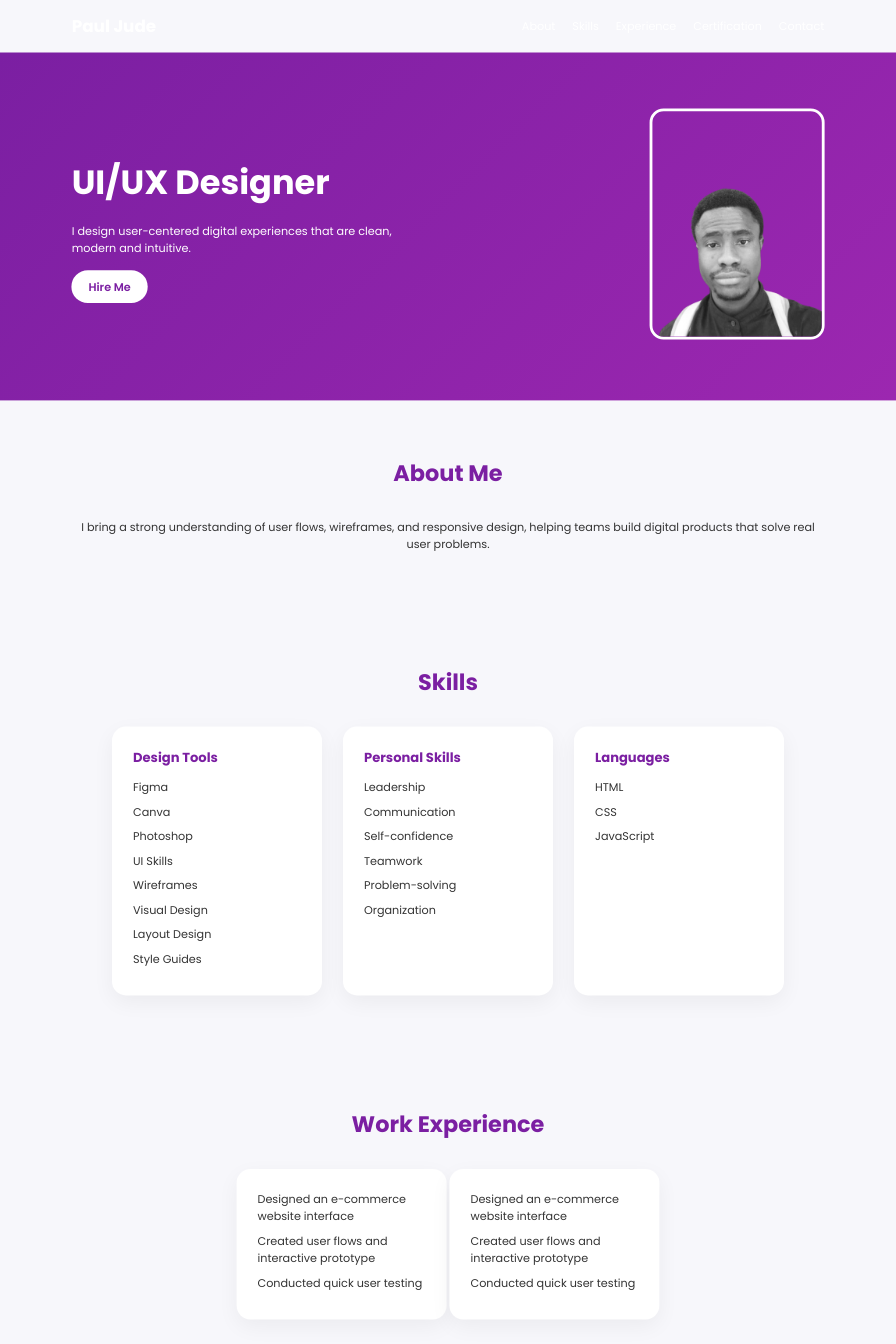
Repository: Paulo-930/UI-UX-Portfolio
Page: index.html
An editor plug-in stored every save of this project. The page is shown before and after the next save, followed by the edit.
The browser window is 1280 px wide. The pictures show the part of the page from y = 0 to 1920 px (the page is 2661 px tall), at 70% of full size.

Above is the page before, as saved 2026-02-23 11:18:05.

### index.html
<!DOCTYPE html>
<html lang="en">
<head>
  <meta charset="UTF-8" />
  <meta name="viewport" content="width=device-width, initial-scale=1.0" />
  <title>Paul Jude | UI/UX Designer</title>
  <link rel="stylesheet" href="style.css" />
  <link href="https://fonts.googleapis.com/css2?family=Poppins:wght@300;400;600;700&display=swap" rel="stylesheet">
</head>
<body>

  <!-- HEADER -->
  <header class="navbar">
    <h2 class="logo">Paul Jude</h2>
    <nav>
      <a href="#about">About</a>
      <a href="#skills">Skills</a>
      <a href="#experience">Experience</a>
      <a href="#certification">Certification</a>
      <a href="#contact">Contact</a>
    </nav>
  </header>

  <!-- HERO SECTION -->
  <section class="hero">
    <div class="hero-text">
      <h1>UI/UX Designer</h1>
      <p>I design user-centered digital experiences that are clean, modern and intuitive.</p>
      <a href="#contact" class="btn">Hire Me</a>
    </div>

    <div class="hero-image">
      <img src="Imagery/profile.png" alt="Paul Jude">
    </div>
  </section>

  <!-- ABOUT -->
  <section id="about" class="section">
    <h2>About Me</h2>
    <p>
      I bring a strong understanding of user flows, wireframes, and responsive design,
      helping teams build digital products that solve real user problems.
    </p>
  </section>

  <!-- SKILLS -->
  <section id="skills" class="section">
    <h2>Skills</h2>

    <div class="skills-grid">
      <div class="card">
        <h3>Design Tools</h3>
        <ul>
          <li>Figma</li>
          <li>Canva</li>
          <li>Photoshop</li>
          <li>UI Skills</li>
          <li>Wireframes</li>
          <li>Visual Design</li>
          <li>Layout Design</li>
          <li>Style Guides</li>
        </ul>
      </div>

      <div class="card">
        <h3>Personal Skills</h3>
        <ul>
          <li>Leadership</li>
          <li>Communication</li>
          <li>Self-confidence</li>
          <li>Teamwork</li>
          <li>Problem-solving</li>
          <li>Organization</li>
        </ul>
      </div>

      <div class="card">
        <h3>Languages</h3>
        <ul>
          <li>HTML</li>
          <li>CSS</li>
          <li>JavaScript</li>
        </ul>
      </div>
    </div>
  </section>

  <!-- EXPERIENCE -->
  <section id="experience" class="section">
    <h2>Work Experience</h2>
    <div class="card">
      <ul>
        <li>Designed an e-commerce website interface</li>
        <li>Created user flows and interactive prototype</li>
        <li>Conducted quick user testing</li>
      </ul>
    </div>
    <div class="card">
      <ul>
        <li>Designed an e-commerce website interface</li>
        <li>Created user flows and interactive prototype</li>
        <li>Conducted quick user testing</li>
      </ul>
    </div>
  </section>

  <!-- CERTIFICATION -->
  <section id="certification" class="section">
    <h2>Certification</h2>
    <div class="card">
      <p>LUD UI/UX ACADEMY</p>
    </div>
  </section>

  <!-- CONTACT -->
  <section id="contact" class="section contact">
    <h2>Let's Work Together</h2>
    <p>Email: your@email.com</p>
    <p>Phone: +234 913 329 0391</p>
  </section>

  <footer>
    <p>© 2026 Paul Jude | UI/UX Designer</p>
  </footer>

</body>
</html>

### style.css
* {
  margin: 0;
  padding: 0;
  box-sizing: border-box;
  scroll-behavior: smooth;
}

body {
  font-family: 'Poppins', sans-serif;
  background: #f7f7fb;
  color: #333;
}

/* NAVBAR */
.navbar {
  display: flex;
  justify-content: space-between;
  align-items: center;
  padding: 20px 8%;
  background: #7b1fa2 opacity(%);
  color: white;
  position: sticky;
  top: 0;
}

.navbar nav a {
  color: white;
  text-decoration: none;
  margin-left: 20px;
  font-weight: 500;
}

.navbar nav a:hover {
  opacity: 0.7;
}

/* HERO */
.hero {
  display: flex;
  align-items: center;
  justify-content: space-between;
  padding: 80px 8%;
  background: linear-gradient(135deg, #7b1fa2, #9c27b0);
  color: white;
  flex-wrap: wrap;
}

.hero-text {
  max-width: 500px;
}

.hero h1 {
  font-size: 48px;
  margin-bottom: 20px;
}

.hero p {
  margin-bottom: 30px;
}

.btn {
  background: white;
  color: #7b1fa2;
  padding: 12px 24px;
  border-radius: 30px;
  text-decoration: none;
  font-weight: 600;
}

.btn:hover {
  background: #291336;
  color: white
}

.hero-image img {
  width: 250px;
  border-radius: 20px;
  border: 4px solid white;
}

/* SECTIONS */
.section {
  padding: 80px 8%;
  text-align: center;
}

.section h2 {
  font-size: 32px;
  margin-bottom: 40px;
  color: #7b1fa2;
}

/* CARDS */
.skills-grid {
  display: flex;
  gap: 30px;
  flex-wrap: wrap;
  justify-content: center;
}

.card {
  background: white;
  padding: 30px;
  border-radius: 20px;
  box-shadow: 0 10px 30px rgba(0,0,0,0.05);
  max-width: 300px;
  width: 100%;
  text-align: left;
}

#experience > .card {
  display: inline-block;
}

.card h3 {
  margin-bottom: 15px;
  color: #7b1fa2;
}

.card ul {
  list-style: none;
}

.card ul li {
  margin-bottom: 10px;
}

/* CONTACT */
.contact {
  background: #f0e6f6;
}

/* FOOTER */
footer {
  padding: 20px;
  text-align: center;
  background: #7b1fa2;
  color: white;
}

/* RESPONSIVE */
@media (max-width: 768px) {
  .hero {
    flex-direction: column;
    text-align: center;
  }

  .hero-image {
    margin-top: 30px;
  }

  .navbar nav {
    display: none;
  }
}

After the next save:
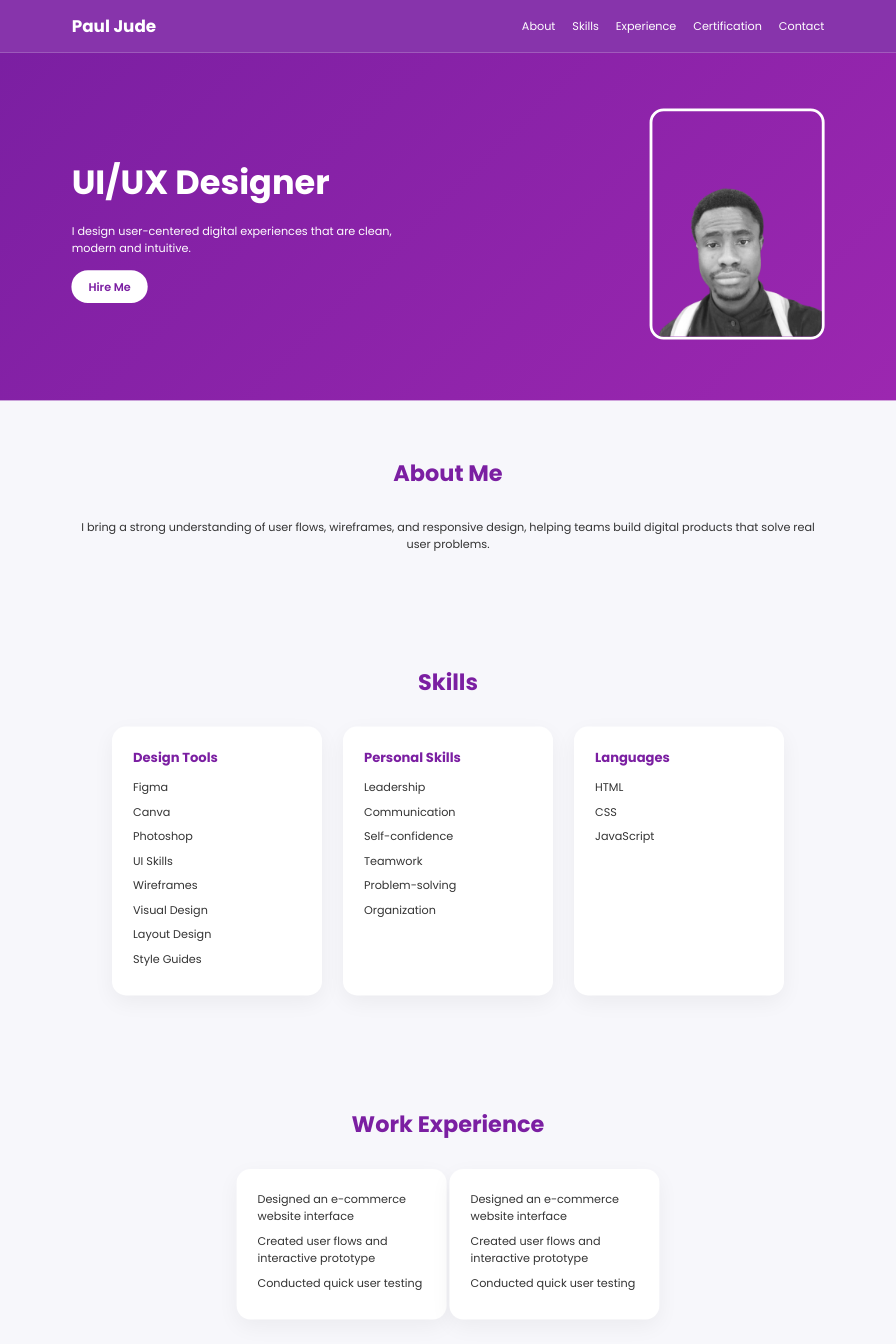
Saved 9 s later.
--- a/style.css
+++ b/style.css
@@ -17,7 +17,7 @@
   justify-content: space-between;
   align-items: center;
   padding: 20px 8%;
-  background: #7b1fa2 opacity(%);
+  background: rgba(123, 31, 162, 0.9); /* Using rgba for opacity */
   color: white;
   position: sticky;
   top: 0;
